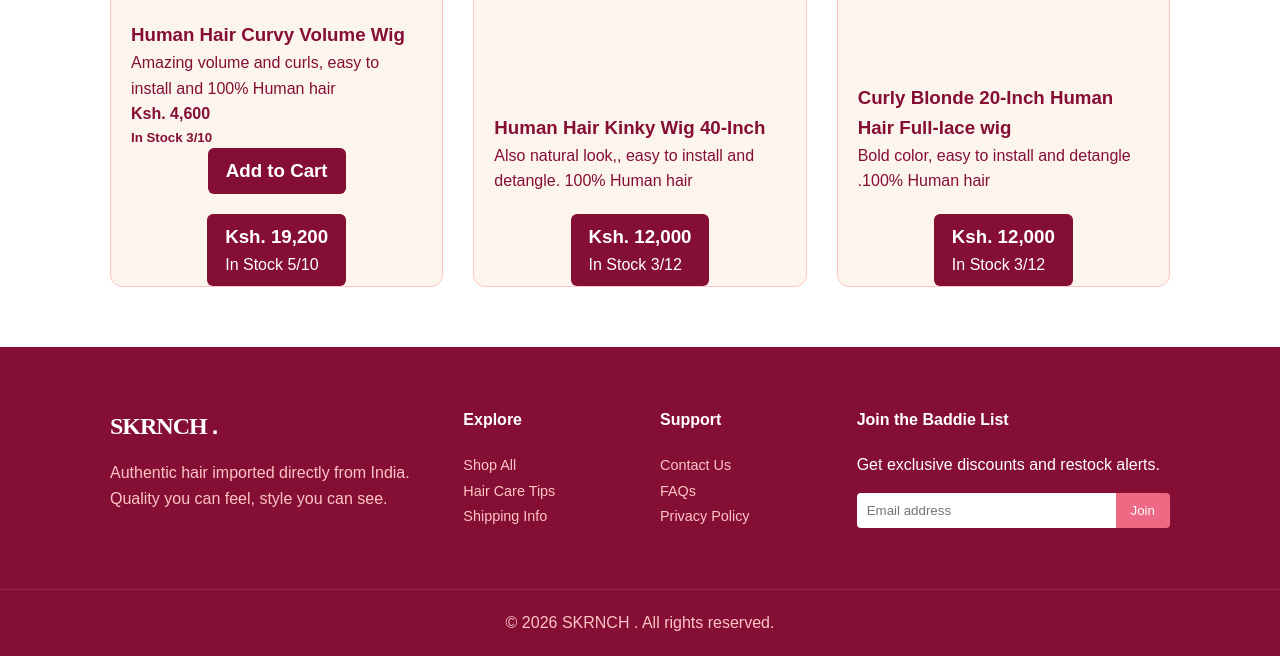
Repository: ndirituart/Portfolio
Page: buywigs.html
An editor plug-in stored every save of this project. The page is shown before and after a run of saves, followed by the edit.
The browser window is 1280 px wide. The pictures show the part of the page from y = 3674 to 4330 px (the page is 4330 px tall before and 4267 px after).

Above is the page before, as saved 2026-01-23 18:46:50.

### buywigs.html
<!DOCTYPE html>
<html lang="en">
<head>
    <meta charset="UTF-8">
    <meta name="viewport" content="width=device-width, initial-scale=1.0">
    <title>SKRNCH  | Premium Indian Hair</title>
</head>
<body>

    <header class="main-header">
        <div class="container">
            <div class="logo">SKRNCH </div>
            <nav>
                <ul>
                    <li> <a href="Homepage.html">Home</a></li>
                    <li><a href="#">Wigs</a></li>
                    <li><a href="about.html" class="btn-small">About Us</a></li>
                </ul>
            </nav>
        </div>
    </header>

    <main>
        <section class="hero" id="home">
            <div class="container">
                <div class="hero-content">
                    <h1>SKRNCH </h1>
                    <p>Stop settling for synthetic. Experience 100% authentic Indian human hair that lasts. Affordable, durable, and made for baddies.</p>
                </div>
            </div>
        </section>

        <section class="media-grid" id="work">
            <div class="container">
                <div class="section-title">
                    <h2>All our Avaiilable Wigs</h2>
                    <p>Premium quality lace fronts and full caps</p>
                </div>

                <div class="grid">
                    <div class="media-card">
                        <div class="image-wrapper">
                            <img src="assets/Black Straight Human Hair 40-Inch Wig.jpeg" alt='Black Straight Human Hair 40-Inch Wig'>
                        </div>
                        <div class="card-content">
                            <h3>Black Straight Human Hair 40-Inch Wig</h3>
                            <p>Thick black straight hair, with curls done ready for wearing. Lace front cap.</p>
                            <h4>Ksh. 15,500</h4>
                            <h5>In Stock 5/10</h5>
                        <div class = btn-small>
                            <h3>Add to Cart</h3>
                        </div>
                        </div>
                    </div>

                    <div class="media-card">
                        <div class="image-wrapper">
                            <img src="assets/Black Watercurl 40-Inch Wig.jpeg" alt='Black Watercurl 40-Inch Wig'>
                        </div>
                        <div class="card-content">
                            <h3>Black Watercurl 40-Inch Wig</h3>
                            <p>Easy to install wig, low manitenance, just needs water spray to activate curls. 100% human hair, no tangles.</p>
                            <h4>Ksh. 4,500</h4>
                            <h5>In Stock 6/10</h5>
                        <div class = btn-small>
                            <h3>Add to Cart</h3>
                        </div>
                        </div>
                    </div>

                    <div class="media-card">
                        <div class="image-wrapper">
                            <img src="assets/Black Wavy Human Hair 40-Inch Wig.jpeg" alt='Black Wavy Human Hair 40-Inch Win'>
                        </div>
                        <div class="card-content">
                            <h3>Black Wavy Human Hair 40-Inch Wi</h3>
                            <p>Long wavy wig, easy to install, volume maintained even when plucked or blown out.</p>
                             <h4>Ksh. 17,500</h4>
                            <h5>In Stock 2/10</h5>
                        <div class = btn-small>
                            <h3>Add to Cart</h3>
                        </div>
                        </div>
                    </div>

                     <div class="media-card">
                        <div class="image-wrapper">
                            <img src="assets/Bone-straight Black Bob Glueless Wig.jpeg" alt='Bone-straight Black Bog Glueless Wig'>
                        </div>
                        <div class="card-content">
                            <h3>Bone-straight Black Bog Glueless Wig</h3>
                        <p> Easy to wear wig, corporate look and amazing volume</p>
                        <h4>Ksh. 12,300</h4>
                            <h5>In Stock 5/15 </h5>
                        <div class = btn-small>
                            <h3>Add to Cart</h3>
                        </div>
                        </div>
                    </div>

                     <div class="media-card">
                        <div class="image-wrapper">
                            <img src="assets/Brazilian 30-Pre-Plucked Frontal Lace Wig.webp" alt='Brazilian 30-Pre-Plucked Frontal Lace Wig'>
                        </div>
                        <div class="card-content">
                            <h3>Brazilian 30-Pre-Plucked Frontal Lace Wig</h3>
                            <p>Easy to install wig, 100% Human hair, easy to detangle and maintain.</p>
                             <h4>Ksh. 17,800</h4>
                            <h5>In Stock 7/255</h5>
                            <div class = btn-small>
                            <h3>Add to Cart</h3>
                            </div>
                        </div>
                    </div>

                     <div class="media-card">
                        <div class="image-wrapper">
                            <img src="assets/Brown Pixie Cut Human Hair Frontal Lace.jpeg" alt='Brown Pixie Cut Human Hair Frontal Lace'>
                        </div>
                        <div class="card-content">
                            <h3>Brown Pixie Cut Human Hair Frontal Lace</h3>
                            <p>Easy to install, low maintenance, chic look and 100% Human hair</p>
                            <h4>Ksh. 3,300</h4>
                            <h5>In Stock 1/10</h5>
                            <div class = btn-small>
                            <h3>Add to Cart</h3>
                            </div>
                        </div>
                    </div>

                    <div class="media-card">
                        <div class="image-wrapper">
                            <img src="assets/Burgundy Human Hair Bonestraight 40-Inch-Frontal.webp" alt='Burgundy Human Hair Bonestraight 40-Inch-Frontal'>
                        </div>
                        <div class="card-content">
                            <h3>Burgundy Human Hair Bonestraight 40-Inch-Frontal</h3>
                            <p>Amazing colour, good volume, easy to install and maintain, 100% Human hair</p>
                            <h4>Ksh. 7,100</h4>
                            <h5>In Stock 8/12</h5>
                            <div class = btn-small>
                            <h3>Add to Cart</h3>
                            </div>
                        </div>
                    </div>

                     <div class="media-card">
                        <div class="image-wrapper">
                            <img src="assets/Burgundy Straight Human Hair 40-Inch Wig.jpeg" alt='Burgundy Straight Human Hair 40-Inch Wig'>
                        </div>
                        <div class="card-content">
                            <h3>Burgundy Straight Human Hair 40-Inch Wig</h3>
                            <p>Easy to install, low maintenance, amazing colour and 100% Human hair</p>
                            <h4>Ksh. 12,500</h4>
                            <h5>In Stock 5/10</h5>
                            <div class = btn-small>
                            <h3>Add to Cart</h3>
                            </div>
                        </div>
                    </div>

                     <div class="media-card">
                        <div class="image-wrapper">
                            <img src="assets/Curly Black 40-Inch Human Hair Full-lace wig.jpeg" alt='Curly Black 40-Inch Human Hair Full-lace wig'>
                        </div>
                        <div class="card-content">
                            <h3>Curly Black 40-Inch Human Hair Full-lace wig</h3>
                            <p>Easy to install, easy to detangle and 100% Human hair</p>
                           <h4>Ksh. 13,500</h4>
                            <h5>In Stock 4/10</h5>
                            <div class = btn-small>
                            <h3>Add to Cart</h3>
                            </div>
                            </div>
                    </div>

                     <div class="media-card">
                        <div class="image-wrapper">
                            <img src="assets/Headband Curly Wig 30-Inches.jpeg" alt='Headband Curly Wig 30-Inches'>
                        </div>
                        <div class="card-content">
                            <h3>Headband Curly Wig 30-Inches</h3>
                            <p>Convenient, wear-and-go wig.100% Human hair</p>
                        <h4>Ksh. 3,500</h4>
                            <h5>In Stock 1/10</h5>
                            <div class = btn-small>
                            <h3>Add to Cart</h3>
                            </div>
                            </div>
                    </div>

                     <div class="media-card">
                        <div class="image-wrapper">
                            <img src="assets/Headband Kinky Wig 20-Inches.jpeg" alt='Headband Kinky Wig 20-Inches'>
                        </div>
                        <div class="card-content">
                            <h3>Headband Kinky Wig 20-Inches</h3>
                            <p>Convenient, wear-and-go wig, easy to detangle, amazing volume and 100% Human hair</p>
                            <h4>Ksh. 4,600</h4>
                            <h5>In Stock 3/10</h5>
                            <div class = btn-small>
                            <h3>Add to Cart</h3>
                            </div>
                            </div>
                    </div>

                     <div class="media-card">
                        <div class="image-wrapper">
                            <img src="assets/Human Hair 20-Inch Glueless Wig With Pre-cut Bangs.webp" alt='Human Hair 20-Inch Glueless Wig With Pre-cut Bangs'>
                        </div>
                        <div class="card-content">
                            <h3>Human Hair 20-Inch Glueless Wig With Pre-cut Bangs</h3>
                            <p>Wear and go wig, sleek look, low maintenance 100% Human hair</p>
                            <h4>Ksh. 8,900</h4>
                            <h5>In Stock 7/15</h5>
                            <div class = btn-small>
                            <h3>Add to Cart</h3>
                            </div>
                        </div>
                    </div>

                    <div class="media-card">
                        <div class="image-wrapper">
                            <img src="assets/Human Hair 20-Inch Glueless Wig.webp" alt='Human Hair 20-Inch Glueless Wig'>
                        </div>
                        <div class="card-content">
                            <h3>Human Hair 20-Inch Glueless Wig</h3>
                            <p>Wear and go wig, sleek look, low maintenance 100% Human hair</p>
                            <h4>Ksh. 9,000</h4>
                            <h5>In Stock 12/20</h5>
                            <div class = btn-small>
                            <h3>Add to Cart</h3>
                            </div>
                        </div>
                    </div>

                     <div class="media-card">
                        <div class="image-wrapper">
                            <img src="assets/Human Hair 40-Inch Glueless Wig.webp" alt='Human Hair 40-Inch Glueless Wig'>
                        </div>
                        <div class="card-content">
                            <h3>Human Hair 40-Inch Glueless Wig</h3>
                            <p>Wear and go wig, sleek look, low maintenance 100% Human hair</p>
                             <h4>Ksh. 12,000</h4>
                            <h5>In Stock 12/15</h5>
                            <div class = btn-small>
                            <h3>Add to Cart</h3>
                            </div>
                        </div>
                    </div>

                     <div class="media-card">
                        <div class="image-wrapper">
                            <img src="assets/Human Hair Bonestraight 40-Inch-Frontal.webp" alt='Human Hair Bonestraight 40-Inch-Frontal'>
                        </div>
                        <div class="card-content">
                            <h3>Human Hair Bonestraight 40-Inch-Frontal</h3>
                            <p>Amazing volume and length, easy to install and 100% Human hair</p>
                             <h4>Ksh. 16,800</h4>
                            <h5>In Stock 3/12</h5>
                            <div class = btn-small>
                            <h3>Add to Cart</h3>
                            </div>
                        </div>
                    </div>

                    <div class="media-card">
                        <div class="image-wrapper">
                            <img src="assets/Human Hair Curvy Volume Wig.webp" alt='Human Hair Curvy Volume Wig'>
                        </div>
                        <div class="card-content">
                            <h3>Human Hair Curvy Volume Wig</h3>
                            <p>Amazing volume and curls, easy to install and 100% Human hair</p>
                             <h4>Ksh. 4,600</h4>
                            <h5>In Stock 3/10</h5>
                            <div class = btn-small>
                            <h3>Add to Cart</h3>
                            </div>
                        </div>
                         <div class = btn-small>
                            <h3>Ksh. 19,200</h3>
                            <p>In Stock 5/10</p>
                        </div>
                    </div>

                     <div class="media-card">
                        <div class="image-wrapper">
                            <img src="assets/Human Hair Kinky Wig 40-Inch.webp" alt='Human Hair Kinky Wig 40-Inch'>
                        </div>
                        <div class="card-content">
                            <h3>Human Hair Kinky Wig 40-Inch</h3>
                            <p>Also natural look,, easy to install and detangle. 100% Human hair</p>
                        </div>
                         <div class = btn-small>
                            <h3>Ksh. 12,000</h3>
                            <p>In Stock 3/12</p>
                        </div>
                    </div>

                    <div class="media-card">
                        <div class="image-wrapper">
                            <img src="assets/Curly Blonde 20-Inch Human Hair Full-lace wig.jpeg" alt='Curly Blonde 20-Inch Human Hair Full-lace wig'>
                        </div>
                        <div class="card-content">
                            <h3>Curly Blonde 20-Inch Human Hair Full-lace wig</h3>
                            <p>Bold color, easy to install and detangle .100% Human hair</p>
                        </div>
                         <div class = btn-small>
                            <h3>Ksh. 12,000</h3>
                            <p>In Stock 3/12</p>
                        </div>
                    </div>

                </div>
            </div>
        </section>
    </main>

    <footer class="main-footer">
        <div class="container footer-grid">
            <div class="footer-brand">
                <div class="logo" style="color: white;">SKRNCH <span>.</span></div>
                <p>Authentic hair imported directly from India. Quality you can feel, style you can see.</p>
            </div>
            <div class="footer-links">
                <h4>Explore</h4>
                <ul>
                    <li><a href="#">Shop All</a></li>
                    <li><a href="#">Hair Care Tips</a></li>
                    <li><a href="#">Shipping Info</a></li>
                </ul>
            </div>
            <div class="footer-links">
                <h4>Support</h4>
                <ul>
                    <li><a href="#">Contact Us</a></li>
                    <li><a href="#">FAQs</a></li>
                    <li><a href="#">Privacy Policy</a></li>
                </ul>
            </div>
            <div class="footer-contact">
                <h4>Join the Baddie List</h4>
                <p>Get exclusive discounts and restock alerts.</p>
                <div class="input-group">
                    <input type="email" placeholder="Email address">
                    <button>Join</button>
                </div>
            </div>
        </div>
        <div class="footer-bottom">
            <p>&copy; 2026 SKRNCH . All rights reserved.</p>
        </div>
    </footer>

</body>
</html>

<style>
    /* Color Palette: https://colorhunt.co/palette/fcf5eeffc4c4ee6983850e35 */
:root {
    --cream: #FCF5EE;
    --pink: #FFC4C4;
    --rose: #EE6983;
    --burgundy: #850E35;
    --max-width: 1100px;
}

* {
    margin: 0;
    padding: 0;
    box-sizing: border-box;
    font-family: 'Princess Siena', sans-serif;
}

body {
    background-color: var(--cream);
    color: var(--burgundy);
    line-height: 1.6;
}

.container {
    max-width: var(--max-width);
    margin: 0 auto;
    padding: 0 20px;
}

/* --- HEADER STYLING (Restored & Enhanced) --- */
.main-header {
    background: white;
    padding: 20px 0;
    position: sticky;
    top: 0;
    z-index: 1000;
    border-bottom: 2px solid var(--pink);
}

.main-header .container {
    display: flex;
    justify-content: space-between;
    align-items: center;
}

.logo {
    font-size: 1.5rem;
    font-weight: 800;
    color: var(--burgundy);
    letter-spacing: -1px;
    font-family: 'Princess Siena';
}

nav ul {
    display: flex;
    list-style: none;
    align-items: center;
}

nav ul li { margin-left: 25px; }

nav ul li a {
    text-decoration: none;
    color: var(--burgundy);
    font-weight: 600;
    transition: 0.3s;
}

.h4{
    color: var(--burgundy);
    font-weight: 600;
    transition: 0.3s;
    justify-content: center;
}

.h5{
    color: var(--burgundy);
    font-weight: 400;
    transition: 0.3s;
    align-self: center;
}

.btn-small {
    background: var(--burgundy);
    color: white !important;
    padding: 8px 18px;
    border-radius: 6px;
    align-self: center;
}

nav ul li a:hover, .btn-small:hover {
    background: var(--rose);
    color: white !important;
}

/* --- HERO & VIDEO --- */
.hero {
    padding: 80px 0;
    text-align: center;
}

.video-container {
    width: 60%; /* Keeps it centered and not too huge */
    margin: 40px auto 0;
    border-radius: 12px;
    overflow: hidden;
    background: #000;
    aspect-ratio: 16 / 9;
}

video {
    width: 100%;
    height: 100%;
}

/* --- GRID & CARDS (The "Slide" Fix) --- */
.media-grid {
    padding: 60px 0;
    background: white;
}

.grid {
    display: grid;
    grid-template-columns: repeat(auto-fit, minmax(300px, 1fr));
    gap: 30px;
    margin-top: 40px;
}

.media-card {
    background: var(--cream);
    border-radius: 12px;
    overflow: hidden;
    display: flex;
    flex-direction: column; /* Keeps text at the bottom */
    border: 1px solid var(--pink);
}

.image-wrapper {
    width: 100%;
    height: 300px;
    overflow: hidden;
    position: relative;
}

.image-wrapper img {
    width: 100%;
    height: 100%;
    object-fit: cover;
    /* Slide animation from Right to Left */
    animation: slideFromRight 1.5s ease-out;
}

@keyframes slideFromRight {
    from { transform: translateX(100%); opacity: 0; }
    to { transform: translateX(0); opacity: 1; }
}

.card-content {
    padding: 20px;
    flex-grow: 1; /* Pushes content to fill space */
    display: flex;
    flex-direction: column;
    justify-content: flex-end; /* Strictly aligns text to the bottom */
}

/* --- FOOTER STYLING (Restored) --- */
.main-footer {
    background: var(--burgundy);
    color: white;
    padding: 60px 0 20px;
}

.footer-grid {
    display: grid;
    grid-template-columns: 2fr 1fr 1fr 2fr;
    gap: 40px;
}

.footer-brand p { color: var(--pink); margin-top: 15px; }

.footer-links h4, .footer-contact h4 { margin-bottom: 20px; color: white; }

.footer-links ul { list-style: none; }

.footer-links ul li a {
    color: var(--pink);
    text-decoration: none;
    font-size: 0.9rem;
}

.input-group {
    display: flex;
    margin-top: 15px;
}

.input-group input {
    padding: 10px;
    border: none;
    border-radius: 4px 0 0 4px;
    flex: 1;
}

.input-group button {
    padding: 10px 15px;
    background: var(--rose);
    border: none;
    color: white;
    border-radius: 0 4px 4px 0;
    cursor: pointer;
}

.footer-bottom {
    text-align: center;
    margin-top: 60px;
    padding-top: 20px;
    border-top: 1px solid rgba(255,255,255,0.1);
    color: var(--pink);
}
</style>

After the next 4 saves:
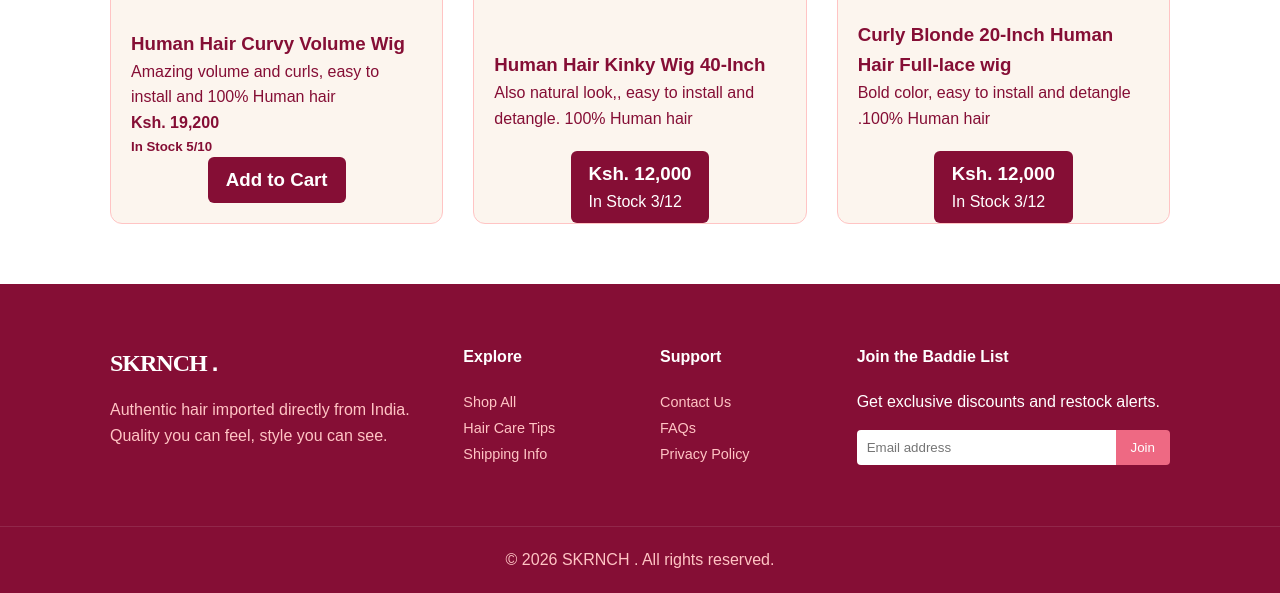
The 4 saves are shown as one change because they came seconds apart.
The last was saved 13 s later.
--- a/buywigs.html
+++ b/buywigs.html
@@ -270,15 +270,11 @@
                         <div class="card-content">
                             <h3>Human Hair Curvy Volume Wig</h3>
                             <p>Amazing volume and curls, easy to install and 100% Human hair</p>
-                             <h4>Ksh. 4,600</h4>
-                            <h5>In Stock 3/10</h5>
-                            <div class = btn-small>
-                            <h3>Add to Cart</h3>
-                            </div>
-                        </div>
-                         <div class = btn-small>
-                            <h3>Ksh. 19,200</h3>
-                            <p>In Stock 5/10</p>
+                             <h4>Ksh. 19,200</h4>
+                            <h5>In Stock 5/10</h5>
+                            <div class = btn-small>
+                            <h3>Add to Cart</h3>
+                            </div>
                         </div>
                     </div>
 
